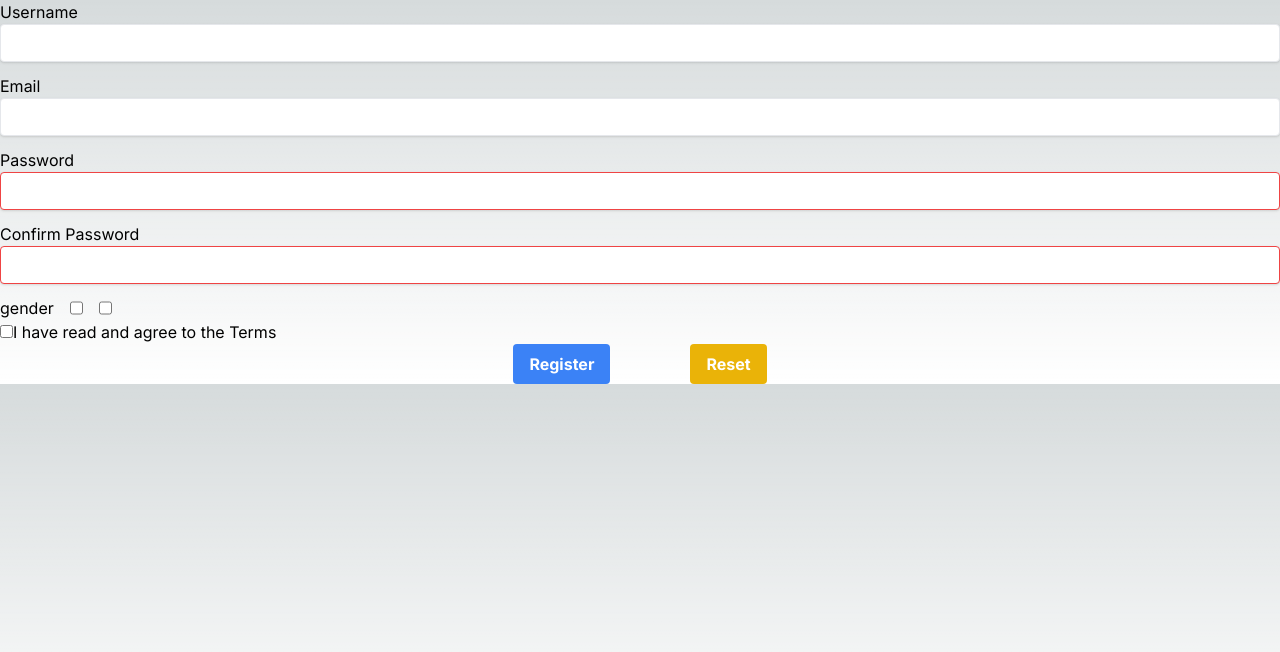
Repository: uh-sman/tiktok-card
Page: /
These files come from the project's save history. The page is drawn as it stood at one moment and after the next save; the edit follows.
The browser window is 1280 px wide. The pictures show the whole page.
The project was rebuilt for these pictures with package versions that can differ from the ones it lists, and the page was loaded fresh each time. The framework's server and built-in components were replaced by stand-ins that run in the browser. Also part of the build but not shown: next.config.js.

Above is the page before, as saved 2023-12-19 14:00:39.

### app/page.tsx
'use client'
// import Input from "./components/Input";
import { FieldValues, SubmitHandler, useForm } from "react-hook-form";
import AuthForm from "./components/AuthForm";
type FormValues = {
  name: string,
      email: string,
      password: string,
      confirmPassword: string,
      DateOfBirth: string,
      Bio: string,
      gender: string,
      termsAndConditions: string
}

export default function Home() {
  return (
    <div>
      <AuthForm />
    </div>
  )
}



{/* <form class="max-w-sm mx-auto">
  <div class="mb-5">
    <label for="email" class="block mb-2 text-sm font-medium text-gray-900 dark:text-white">Your email</label>
    <input type="email" id="email" class="bg-gray-50 border border-gray-300 text-gray-900 text-sm rounded-lg focus:ring-blue-500 focus:border-blue-500 block w-full p-2.5 dark:bg-gray-700 dark:border-gray-600 dark:placeholder-gray-400 dark:text-white dark:focus:ring-blue-500 dark:focus:border-blue-500" placeholder="name@flowbite.com" required>
  </div>
  <div class="mb-5">
    <label for="password" class="block mb-2 text-sm font-medium text-gray-900 dark:text-white">Your password</label>
    <input type="password" id="password" class="bg-gray-50 border border-gray-300 text-gray-900 text-sm rounded-lg focus:ring-blue-500 focus:border-blue-500 block w-full p-2.5 dark:bg-gray-700 dark:border-gray-600 dark:placeholder-gray-400 dark:text-white dark:focus:ring-blue-500 dark:focus:border-blue-500" required>
  </div>
  <div class="flex items-start mb-5">
    <div class="flex items-center h-5">
      <input id="remember" type="checkbox" value="" class="w-4 h-4 border border-gray-300 rounded bg-gray-50 focus:ring-3 focus:ring-blue-300 dark:bg-gray-700 dark:border-gray-600 dark:focus:ring-blue-600 dark:ring-offset-gray-800 dark:focus:ring-offset-gray-800" required>
    </div>
    <label for="remember" class="ms-2 text-sm font-medium text-gray-900 dark:text-gray-300">Remember me</label>
  </div>
  <button type="submit" class="text-white bg-blue-700 hover:bg-blue-800 focus:ring-4 focus:outline-none focus:ring-blue-300 font-medium rounded-lg text-sm w-full sm:w-auto px-5 py-2.5 text-center dark:bg-blue-600 dark:hover:bg-blue-700 dark:focus:ring-blue-800">Submit</button>
</form> */}

### app/components/AuthForm.tsx
import React from "react";
import { useForm } from "react-hook-form";

type UserSubmitForm = {
    username: string;
    email: string;
    password: string;
    confirmPassword: string;
    acceptTerms: boolean;
    male:boolean;
    female:boolean;
  };
const AuthForm: React.FC = () => {
    const {register,handleSubmit, reset} = useForm<UserSubmitForm>()
    const onSubmit = (data: UserSubmitForm) => {
        console.log(data)
    }
    return (
        <div className="flex flex-col">
        <form onSubmit={handleSubmit(onSubmit)}>
          <div className="flex flex-col">
            <label>Username</label>
            <input
            className="shadow appearance-none border rounded w-full py-2 px-3 text-gray-700 mb-3 leading-tight focus:outline-none focus:shadow-outline"
              type="text"
              {...register('username')}
            />
            <div className="invalid-feedback">
                </div>
          </div>

          <div className="flex flex-col">
            <label>Email</label>
            <input
            className="shadow appearance-none border rounded w-full py-2 px-3 text-gray-700 mb-3 leading-tight focus:outline-none focus:shadow-outline"
              type="text"
              {...register('email')}
            />
            <div className="invalid-feedback">
                </div>
          </div>

          <div className="flex flex-col">
            <label>Password</label>
            <input
            className="shadow appearance-none border border-red-500 rounded w-full py-2 px-3 text-gray-700 mb-3 leading-tight focus:outline-none focus:shadow-outline"
              type="password"
              {...register('password')}
            />
            <div className="invalid-feedback">
                </div>
          </div>
          <div className="flex flex-col">
            <label>Confirm Password</label>
            <input
            className="shadow appearance-none border border-red-500 rounded w-full py-2 px-3 text-gray-700 mb-3 leading-tight focus:outline-none focus:shadow-outline"
              type="password"
              {...register('confirmPassword')}
            />
            <div className="invalid-feedback">
            </div>
          </div>

          <div className="flex gap-4">
          <label htmlFor="gender" className="font-md">
              gender
            </label>
            <input
              type="checkbox"
              {...register('male')}
            />
            <input
              type="checkbox"
              {...register('female')}
            />
            <div className="invalid-feedback">
                </div>
          </div>
          <div className="">
            <input
              type="checkbox"
              {...register('acceptTerms')}
            />
            <label htmlFor="acceptTerms" className="form-check-label">
              I have read and agree to the Terms
            </label>
            <div className="invalid-feedback">
                </div>
          </div>

          <div className="flex justify-center gap-20">
            <button type="submit" className="bg-blue-500 hover:bg-blue-700 text-white font-bold py-2 px-4 rounded focus:outline-none focus:shadow-outline">
              Register
            </button>
            <button
              type="button"
              onClick={() => reset()}
              className="bg-yellow-500 hover:bg-yellow-700 text-white font-bold py-2 px-4 rounded focus:outline-none focus:shadow-outline"
            >
              Reset
            </button>
          </div>
        </form>
      </div>
    )
}

export default AuthForm;

Loaded but not shown: app/layout.tsx (common file); app/globals.css (common file); tailwind.config.ts (common file)

After the next save:
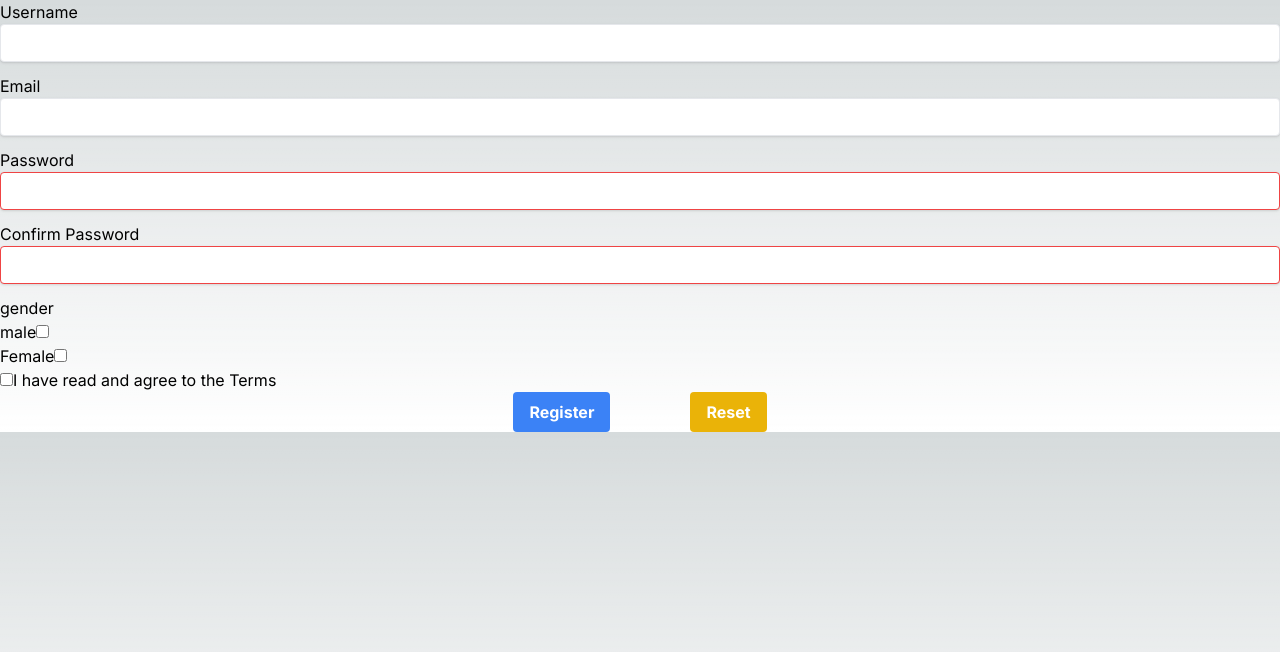
Saved 79 s later.
--- a/app/components/AuthForm.tsx
+++ b/app/components/AuthForm.tsx
@@ -61,18 +61,25 @@ const AuthForm: React.FC = () => {
             </div>
           </div>
 
-          <div className="flex gap-4">
+          <div className="">
           <label htmlFor="gender" className="font-md">
               gender
             </label>
+            <div className="">
+                <label htmlFor="Male">male</label>
             <input
               type="checkbox"
               {...register('male')}
             />
+
+            </div>
+            <div className="">
+                <label htmlFor="Female">Female</label>
             <input
               type="checkbox"
               {...register('female')}
             />
+            </div>
             <div className="invalid-feedback">
                 </div>
           </div>
